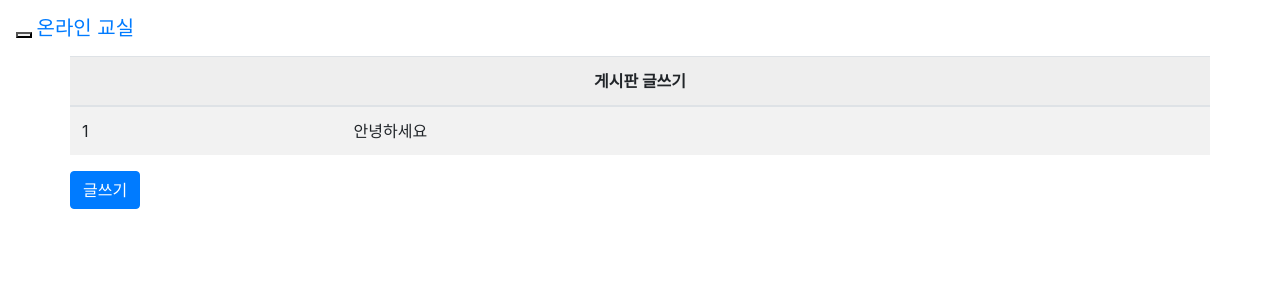
Repository: Munro-L/I-spy-oT__cuHacking-2019
Page: http://localhost/BBS/write.jsp
These files come from the project's save history. The page is drawn as it stood at one moment and after the next save; the edit follows.
The browser window is 1280 px wide. The pictures show the whole page.
The page is served by Tomcat 9.

Above is the page before, as saved 2019-02-02 04:17:41.

After the next save:
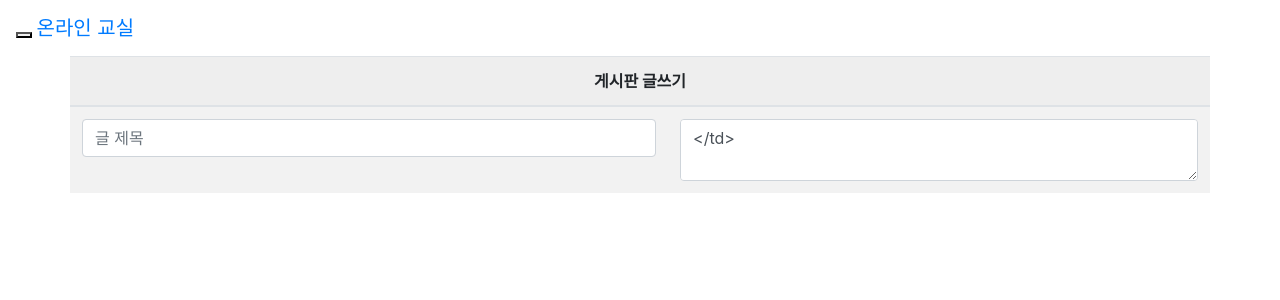
Saved 78 s later.
--- a/BBS-master/projects/BBS/WebContent/write.jsp
+++ b/BBS-master/projects/BBS/WebContent/write.jsp
@@ -77,8 +77,9 @@
 					</thead>
 					<tbody>
 						<tr>
-							<td>1</td>
-							<td>안녕하세요</td>
+							<td><input type="text" class="form-control" placeholder="글 제목" name="bbsTitle" maxlength="50"></td>
+							<td><textarea type="text" class="form-control" placeholder="글 내용" name="bbsContent" maxlength="2048"></td>
+
 						</tr>
 					</tbody>
 				</table>
